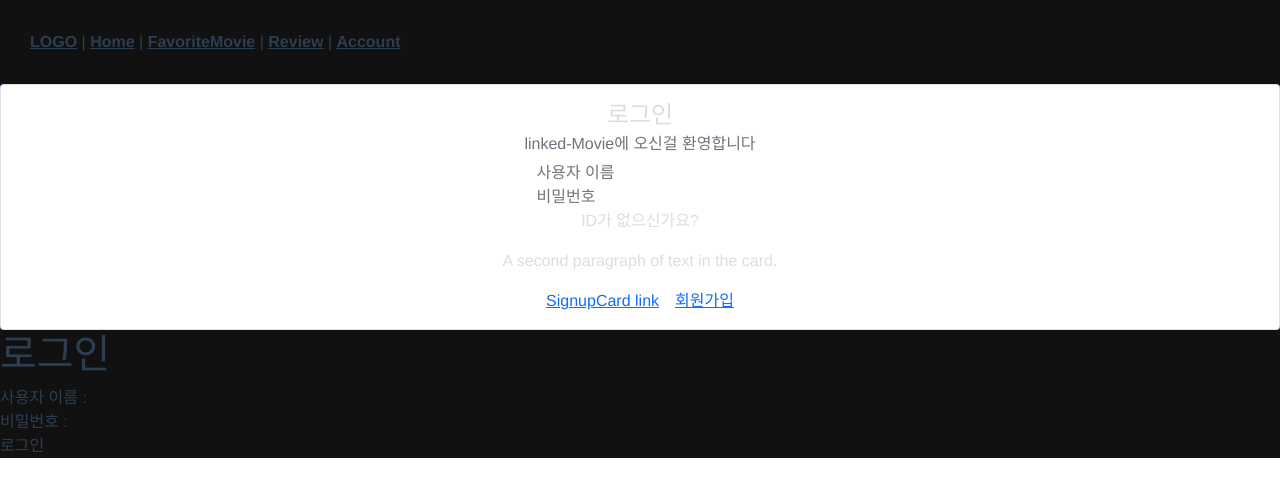
Repository: chomyoenggeun/linkedmovie
Page: /account/login (app in front/)
An editor plug-in stored every save of this project. The page is shown before and after the next save, followed by the edit.
The browser window is 1280 px wide. The pictures show the whole page.
The project was rebuilt for these pictures with package versions that can differ from the ones it lists, and the page was loaded fresh each time. Also part of the build but not shown: front/vue.config.js, front/src/components/MovieCard.vue, front/src/views/Home.vue, front/src/views/accounts/Account.vue, front/src/views/accounts/Signup.vue, front/src/views/FavoriteMovie.vue, front/src/views/Mypage.vue, front/src/components/DmovieReviewItem.vue and 10 more.

Above is the page before, as saved 2021-11-24 04:59:05.

After the next save:
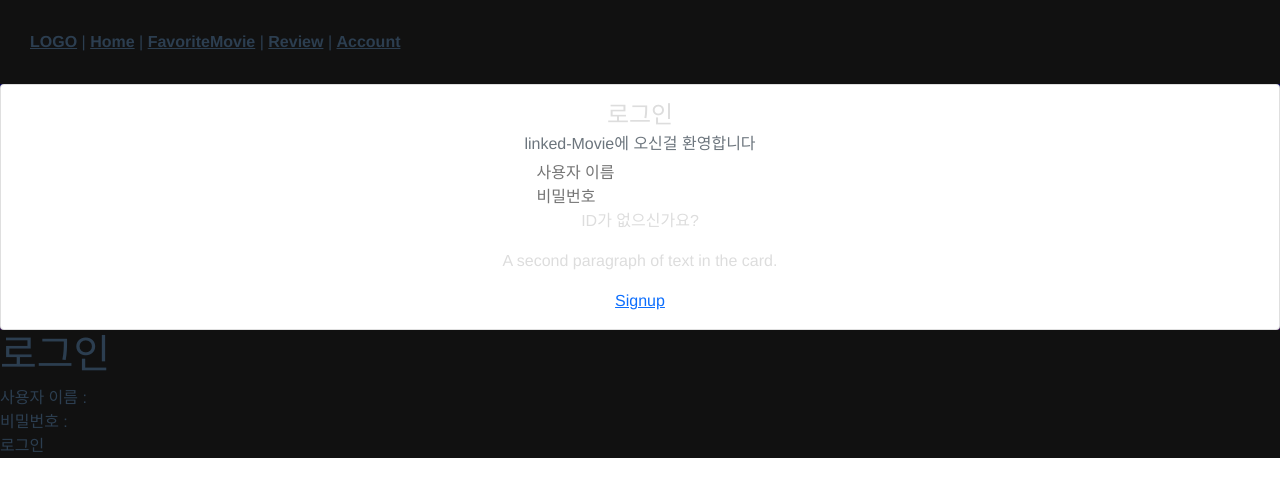
Saved 36 s later.
--- a/front/src/views/accounts/Login.vue
+++ b/front/src/views/accounts/Login.vue
@@ -58,8 +58,6 @@
 
         <b-card-text>A second paragraph of text in the card.</b-card-text>
         <router-link to="/account/signup">Signup</router-link>
-        <a href="#" class="card-link">Card link</a>
-        <b-link class="card-link">회원가입</b-link>
       </b-card>
     </div>
 
